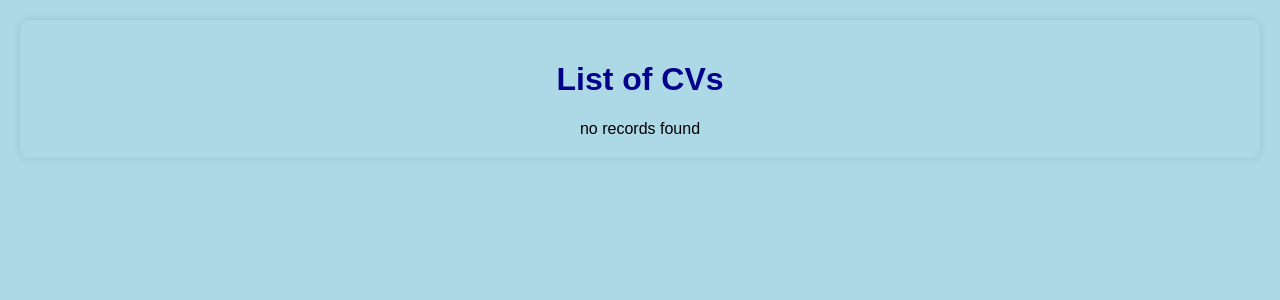
Repository: Arisha004/CV-generator
Page: http://localhost/list.php
These files come from the project's save history. The page is drawn as it stood at one moment and after a run of saves; the edit follows.
The browser window is 1280 px wide. The pictures show the whole page.
The page is run by PHP 8.4 with error messages shown; the project is at /var/www/html/. Queries for data that is not in the repository find no rows.

Above is the page before, as saved 2025-10-14 01:01:15.

### list.php
<?php
include 'db.php';
$sql="select * from person";
$result=$conn->query($sql);


?>
<!DOCTYPE html>
<html lang="en">
<head>
    <meta charset="UTF-8">
    <meta name="viewport" content="width=device-width, initial-scale=1.0">
    <title>Document</title>
   <link rel="stylesheet" href="style.css">
   <style>
    body{
        align-items: center;
        text-align: center;
        font-family: Arial, sans-serif;
        margin: 20px;
    }
    </style>
</head>
<body>
    <h1>List of CVs</h1>
    <?php
    if($result->num_rows>0){
echo "<table border='1' cellpadding='10'>";
  echo   "<tr>
    <th>ID</th>
    <th>Name</th>
    <th>Email</th>
    <th>Phone</th>
    <th>Address</th>
    <th>Education</th>
    <th>Experience</th>
    <th>Skills</th>
    </tr>";

while($row=$result->fetch_assoc()){
    echo "<tr>";
    echo "<td>".$row["id"]."</td>";
    echo "<td>".$row["name"]."</td>";
    echo "<td>".$row["email"]."</td>";
    echo "<td>".$row["phone"]."</td>";
    echo "<td>".$row["address"]."</td>";
    echo "<td>".$row["education"]."</td>";
    echo "<td>".$row["experience"]."</td>";
    echo "<td>".$row["skills"]."</td>";
    echo "</tr>";

}
echo "</table>";
    }
    else{
        echo "no records found";
    }

?>
</body>
</html>

### db.php
<?php
$servername = "localhost";
$username = "root";
$password = "";
$dbname = "cv";
$conn= new mysqli($servername, $username, $password, $dbname);
if($conn->connect_error){
    die("". $conn->connect_error);
}

?>

### style.css

body{
    background-color: lightblue;
    font-family: Arial, sans-serif;
    margin: 20px;
    padding: 20px;
    border-radius: 10px;
    box-shadow: 0 0 10px rgba(0, 0,0, 0.1);

}
h1{
    color: darkblue;
    text-align: center;
}
p{
    font-size: 16px;
    line-height: 1.5;
    color: #333;
}
a{
    color: darkblue;
    text-decoration: none;
}
a:hover{
    text-decoration: underline;
}
button{
    background-color: darkblue;
    color: white;
    border: none;
    padding: 10px 20px;
    border-radius: 5px;
    cursor: pointer;
}
button:hover{
    background-color: navy;
}
input[type="text"], input[type="email"], textarea,input[type="tel"]{
    width: 100%;
    padding: 10px;
    margin: 10px 0;
    border: 1px solid #ccc;
    border-radius: 5px;
    box-sizing: border-box;
}
input[type="submit"]{
    background-color: darkblue;
    color: white;
    border: none;
    padding: 10px 20px;
    border-radius: 5px;
    cursor: pointer;
}
  table, th, td{
            border: 1px solid black;
            border-collapse: collapse;
        }
        th, td{
            padding: 10px;
        }

form{
    max-width: 600px;
    margin: auto;
}
label{
    font-weight: bold;
}
.container{
    max-width: 800px;
    margin: auto;
    padding: 20px;
    background-color: white;
    border-radius: 10px;
    box-shadow: 0 0 10px rgba(0, 0, 0, 0.1);
}
button a{
    color: white;

}

After the next 3 saves:
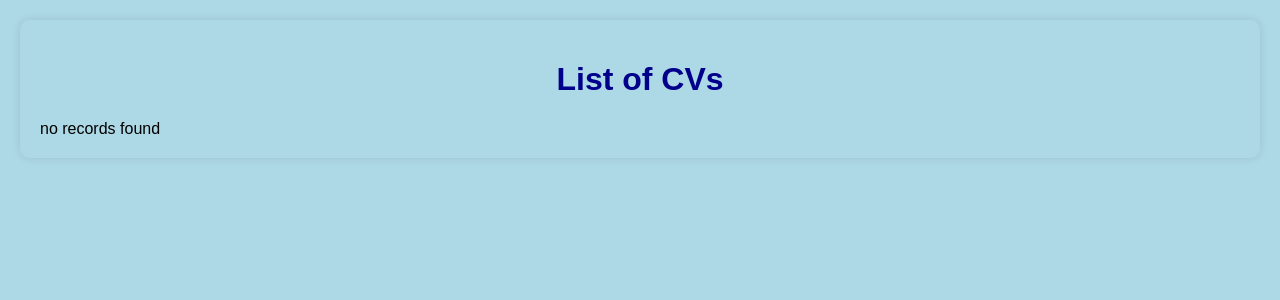
The 3 saves are shown as one change because they came seconds apart.
The last was saved 11 s later.
--- a/list.php
+++ b/list.php
@@ -12,14 +12,8 @@ $result=$conn->query($sql);
     <meta name="viewport" content="width=device-width, initial-scale=1.0">
     <title>Document</title>
    <link rel="stylesheet" href="style.css">
-   <style>
-    body{
-        align-items: center;
-        text-align: center;
-        font-family: Arial, sans-serif;
-        margin: 20px;
-    }
-    </style>
+
+
 </head>
 <body>
     <h1>List of CVs</h1>
